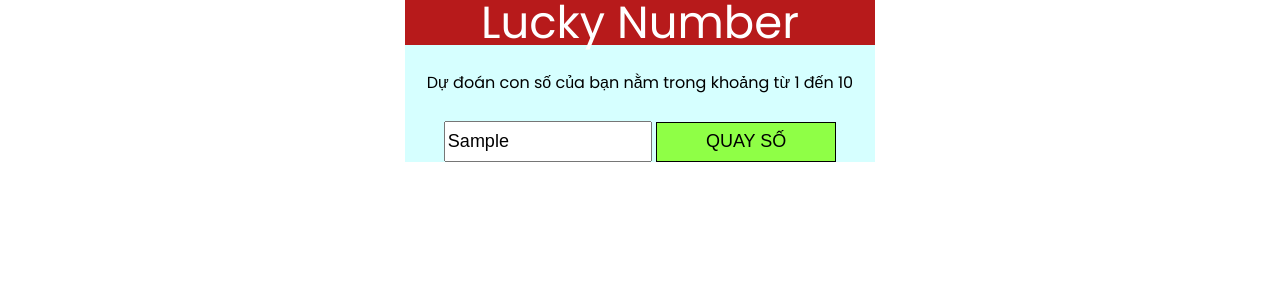
Repository: whis16720/PhuNguyen-C4EJS-D15
Page: index.html
An editor plug-in stored every save of this project. The page is shown before and after a run of saves, followed by the edit.
The browser window is 1280 px wide. The pictures show the whole page.
Empty fields were first filled with sample values (such as "Sample", 5 or name@example.com).
After loading, the first visible `button.game__btn` was clicked once.
The style sheet was rebuilt from its Sass, Less or Tailwind sources for each picture, by a compiler version that may differ from the author's.

Above is the page before, as saved 2020-09-22 20:16:52.
Console error: TypeError: Cannot read properties of null (reading 'value')

### index.html
<!DOCTYPE html>
<html lang="en">
<head>
	<meta charset="UTF-8">
	<meta name="viewport" content="width=device-width, initial-scale=1.0">
	<title>Document</title>
	<link rel="stylesheet" href="style.css">
	<link rel="stylesheet" href="reset.css">
	<link href="https://fonts.googleapis.com/css2?family=Poppins:wght@200;300;400;600;700&display=swap" rel="stylesheet">
	<script src="index.js"></script>
</head>
<body>
	<div class="game">
		<h1 class="game__name">Lucky Number</h1>
		<p class="game__details">Dự đoán con số của bạn nằm trong khoảng từ 1 đến 10</p>
		<form class="game__play">
			<input id="input" type="text" placeholder="Nhập vào số bạn dự đoán" class="game__input">
			<button type="button" class="game__btn" onclick="checkNumber()">QUAY SỐ</button>
		</form>

	</div>
</body>
</html>

### index.js

const checkNumber = () => {
	let number = Math.floor(Math.random() * 10) + 1;
	var inputNumber = document.getElementById("input").value;
	var myNum = +inputNumber//as suggested by T.J.
	if (!isNaN(myNum)) {
		(myNum === number) ? alert('Chúc mừng bạn đá trúng số ^^') : alert('Con số may mắn là: ' + number)
		document.getElementById("input").value = ''
	} else{
   alert('Không Phải Số!!! Vui Lòng Nhập Lại');
	}
}
checkNumber()

### style.scss
.game {
  font-family: "Poppins", sans-serif;
  width: 470px;
  margin: auto;
  background-color: #d6ffff;
  &__name {
    text-align: center;
    font-size: 45px;
    background-color: #b71a1b;
    color: white;
    margin-bottom: 30px;
  }
  &__details {
    text-align: center;
    margin-bottom: 30px;
  }
  &__play {
    text-align: center;
  }
  &__input {
    width: 200px;
    height: 35px;
    font-size: 18px;
  }
  &__input:focus, &__input{
	  outline: none;
  }
  &__btn {
    border: 1px solid black;
    width: 180px;
    height: 40px;
	font-size: 18px;
	background-color: #8fff46;
  }
}

Loaded but not shown: reset.css (common file)

After the next 3 saves:
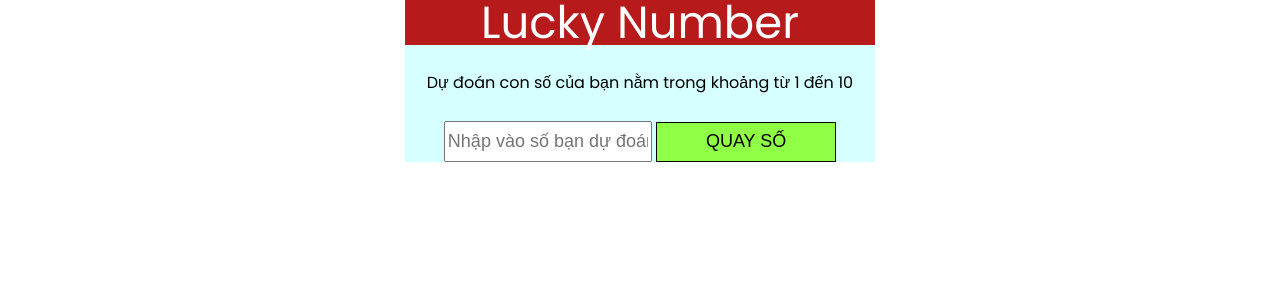
The 3 saves are shown as one change because they came seconds apart.
The last was saved 7 s later.
--- a/index.js
+++ b/index.js
@@ -1,13 +1,15 @@
-
 const checkNumber = () => {
-	let number = Math.floor(Math.random() * 10) + 1;
-	var inputNumber = document.getElementById("input").value;
-	var myNum = +inputNumber//as suggested by T.J.
-	if (!isNaN(myNum)) {
-		(myNum === number) ? alert('Chúc mừng bạn đá trúng số ^^') : alert('Con số may mắn là: ' + number)
-		document.getElementById("input").value = ''
-	} else{
-   alert('Không Phải Số!!! Vui Lòng Nhập Lại');
-	}
-}
-checkNumber()
+  let number = Math.floor(Math.random() * 10) + 1;
+  var inputNumber = document.getElementById("input").value;
+  var myNum = +inputNumber; //as suggested by T.J.
+  if (!isNaN(myNum)) {
+    myNum === number
+      ? alert("Chúc mừng bạn đá trúng số ^^")
+      : alert("Con số may mắn là: " + number);
+    document.getElementById("input").value = "";
+  } else {
+    alert("Không Phải Số!!! Vui Lòng Nhập Lại");
+    document.getElementById("input").value = "";
+  }
+};
+checkNumber();

After the 6 saves that followed:
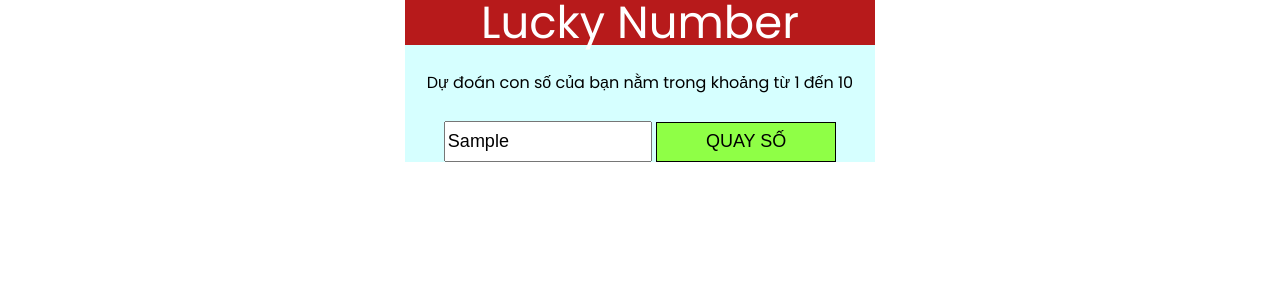
The 6 saves are shown as one change because 4 left the picture as it was and some came seconds apart.
The last was saved 74 s later.
--- a/index.js
+++ b/index.js
@@ -2,14 +2,6 @@
   let number = Math.floor(Math.random() * 10) + 1;
   var inputNumber = document.getElementById("input").value;
   var myNum = +inputNumber; //as suggested by T.J.
-  if (!isNaN(myNum)) {
-    myNum === number
-      ? alert("Chúc mừng bạn đá trúng số ^^")
-      : alert("Con số may mắn là: " + number);
-    document.getElementById("input").value = "";
-  } else {
-    alert("Không Phải Số!!! Vui Lòng Nhập Lại");
-    document.getElementById("input").value = "";
-  }
+
 };
 checkNumber();
